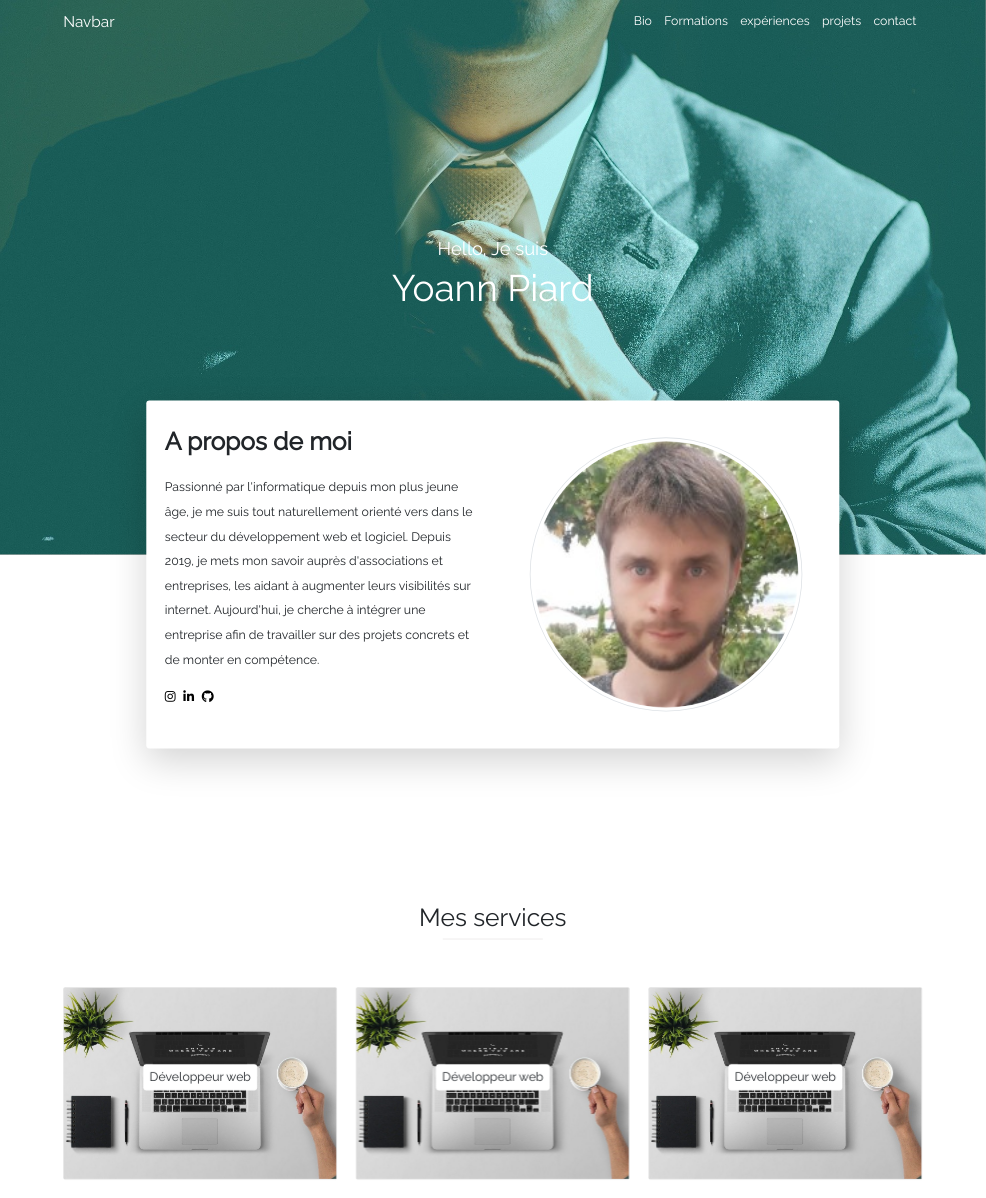
Repository: ypiard85/port-folio-bootstrap-yoann-2021
Page: index.html
The author's editor kept a copy of each file at every save. The page is drawn from the files as they stood at one save, then again after the next save.
The browser window is 1280 px wide. The pictures show the whole page, at 77% of full size.
The pointer rests on the first visible `.card__face--front`.

Above is the page before, as saved 2021-03-09 17:10:21.
Console error: TypeError: window.onload is not a function

### index.html
<!DOCTYPE html>
<html lang="en">
  <head>
    <meta charset="UTF-8" />
    <meta http-equiv="X-UA-Compatible" content="IE=edge" />
    <meta name="viewport" content="width=device-width, initial-scale=1.0" />
    <link rel="stylesheet" href="https://use.fontawesome.com/releases/v5.15.2/css/all.css" integrity="sha384-vSIIfh2YWi9wW0r9iZe7RJPrKwp6bG+s9QZMoITbCckVJqGCCRhc+ccxNcdpHuYu" crossorigin="anonymous">    <!-- CSS only -->
    <link rel="stylesheet" href="./resource/style.css" />
    <link
      href="https://cdn.jsdelivr.net/npm/bootstrap@5.0.0-beta2/dist/css/bootstrap.min.css"
      rel="stylesheet"
      integrity="sha384-BmbxuPwQa2lc/FVzBcNJ7UAyJxM6wuqIj61tLrc4wSX0szH/Ev+nYRRuWlolflfl"
      crossorigin="anonymous"
    />
    <title>Document</title>
  </head>
  <body>
    <nav class="navbar position-fixed w-100 navbar-expand-lg navbar-light">
      <div class="container">
        <a class="navbar-brand" href="#">Navbar</a>
        <button
          class="navbar-toggler"
          type="button"
          data-bs-toggle="collapse"
          data-bs-target="#navbarNav"
          aria-controls="navbarNav"
          aria-expanded="false"
          aria-label="Toggle navigation"
        >
          <span class="navbar-toggler-icon"></span>
        </button>
        <div class="collapse navbar-collapse" id="navbarNav">
          <ul class="navbar-nav">
            <li class="nav-item">
              <a class="nav-link active" aria-current="page" href="#bio">Bio</a>
            </li>
            <li class="nav-item">
              <a class="nav-link" href="#formation">Formations</a>
            </li>
            <li class="nav-item">
              <a class="nav-link" href="#experience">expériences</a>
            </li>
            <li class="nav-item">
              <a class="nav-link" href="#projet">projets</a>
            </li>
            <li class="nav-item">
              <a class="nav-link" href="#contact">contact</a>
            </li>
          </ul>
        </div>
      </div>
    </nav>

    <header
      class="container-fluid flex-column
          d-flex align-items-center justify-content-center"
    >
      <h4>Hello, Je suis</h4>
      <h1>Yoann Piard</h1>
    </header>

    <section class="about_me in container">
      <div class="about_card rounded shadow-lg">
        <div class="container">
          <div class="row">
            <div class="col-md-6  col-sm-12 p-3 p-sm-4 align-self-center">
              <h2 class="mb-4" >A propos de moi</h2>
              <p>
                Passionné par l'informatique depuis mon plus jeune âge, je me
                suis tout naturellement orienté vers dans le secteur du
                développement web et logiciel. Depuis 2019, je mets mon savoir
                auprès d'associations et entreprises, les aidant à augmenter
                leurs visibilités sur internet. Aujourd'hui, je cherche à
                intégrer une entreprise afin de travailler sur des projets
                concrets et de monter en compétence.
              </p>
              <ul class="d-flex">
                  <li><a href=""><i class="fab fa-instagram"></i></a></li>
                  <li><a href=""><i class="fab fa-linkedin-in"></i></a></li>
                  <li><a href=""><i class="fab fa-github"></i></a></li>
              </ul>
            </div>
            <div class="col-md-6 col-sm-12 p-3 p-sm-5 d-none d-md-block">
              <img class="img-fluid img-thumbnail" src="./resource/image/yoann_piard.png" alt="" />
            </div>
          </div>
        </div>
      </div>
    </section>

    <section class="my_work">
        <div class="container">
            <h2 class="ttile_section text-center mb-5">Mes services</h2>
            <div class="row pt-4 pb-4">
                <div class="col-md-4">
                    <div class="scene">
                        <div class="card">
                          <div class="card__face card__face--front" style="background-image: url('./resource/services/laptop-1209008_1280.jpg');">
                            <p class="rounded">Développeur web</p>
                        </div>
                          <div class="card__face card__face--back"></div>
                        </div>
                      </div>
                </div>
                <div class="col-md-4">
                    <div class="scene">
                        <div class="card">
                          <div class="card__face card__face--front" style="background-image: url('./resource/services/laptop-1209008_1280.jpg');">
                            <p class="rounded">Développeur web</p>
                        </div>
                          <div class="card__face card__face--back"></div>
                        </div>
                      </div>
                </div>
                <div class="col-md-4">
                    <div class="scene">
                        <div class="card">
                          <div class="card__face card__face--front" style="background-image: url('./resource/services/laptop-1209008_1280.jpg');">
                            <p class="rounded">Développeur web</p>
                        </div>
                          <div class="card__face card__face--back"></div>
                        </div>
                      </div>
                </div>
            </div>
        </div>
    </section>

    <!-- JavaScript Bundle with Popper -->
    <script
      src="https://cdn.jsdelivr.net/npm/bootstrap@5.0.0-beta2/dist/js/bootstrap.bundle.min.js"
      integrity="sha384-b5kHyXgcpbZJO/tY9Ul7kGkf1S0CWuKcCD38l8YkeH8z8QjE0GmW1gYU5S9FOnJ0"
      crossorigin="anonymous"
    ></script>
    <script src="https://unpkg.com/scrollreveal"></script>
    <script src="./resource/scrollreveal.js"></script>
    <script src="./resource/app.js"></script>
    <script>window.onload(scrollEffect()) </script>
  </body>
</html>

### resource/style.css
@import url('https://fonts.googleapis.com/css2?family=Raleway&display=swap');

*{
    transition: 0.3s;
}

body{
    font-family: 'Raleway', sans-serif!important;
}


.navbar-collapse{
    flex-grow: 0!important;
}

nav a{
    color: white!important;
}

header{
    height: 100vh;
    background: gray;
    background-image: linear-gradient(90deg, rgba(0,231,249,0.2780462526807598) 100%, rgba(0,4,24,0.4405112386751575) 74%), url('./image/about-section.jpg');
    background-repeat: no-repeat;
    background-size: cover;
    background-position: top center;
    color: white;
}

header h1{
    font-weight: normal;
    font-size: 3em;
}

.about_card{
    margin: auto;
    width: 900px;
    max-width: 100%;
    background-color: white;
}

.about_card a{
    font-family: Arial!important;
}

.about_me h2{
    font-weight: bold;
}

.about_card img{
    width: 100%;
    border-radius: 50%;
}

.about_card ul{
    list-style: none;
    padding: 0;
}

.about_card i{
    font-size: 1em;
    color: black;
}

.about_card{
    line-height: 2em;
}

.about_card li{
    margin-right: 10px;
}

.in{
    transform: translateY(-200px);
}

.ttile_section{
    position: relative;
}

.ttile_section::after{
    content: '';
    position: absolute;
    width: 130px;
    height: 1px;
    background-color: rgb(233, 231, 231);
    bottom: -10px;
    left:0;
    right: 0;
    margin: auto;
}


.scene {
    width: 100%;
    height: 250px;
    perspective: 600px;
}

.card {
    width: 100%;
    height: 100%;
    position: relative;
    transition: transform 1s;
    transform-style: preserve-3d;
}

.card__face {
    position: absolute;
    backface-visibility: hidden;
  }

  .card__face--front {
    background-position: center;
    background-size: cover;
    width: 100%;
    height: 100%;
    display: flex;
    justify-content: center;
    align-items: center;
  }

  .card__face--front p{
    background-color:white;
    padding: 5px 8px;
  }

  .card__face--back {
    transform: rotateX( 180deg );
  }

  .card.is-flipped {
    transform: rotateX(180deg);
  }

  .flipped-p{
      transform: translateY(-80px) ;
      transition: transform 1s;
      transform-style: preserve-3d;
  }

  .card__face--front:hover .card__face--front p{
    transform: translateY(-80px) ;
    transition: transform 1s;
    transform-style: preserve-3d;
  }

### resource/scrollreveal.js
function scrollEffect(){


    ScrollReveal().reveal('.about_me', {
        delay: 150,
        duration: 1000,
        reset: true,
        origin: 'bottom',
        distance: '30%'
    });

}

### resource/app.js
document.querySelectorAll('.card').forEach(e => {

    e.addEventListener( 'mouseenter', function() {
            e.classList.add('is-flipped');

        });

        e.addEventListener( 'mouseleave', function() {
            e.classList.remove('is-flipped');
            r.classList.remove('flipped-p');

    })



});

After the next save:
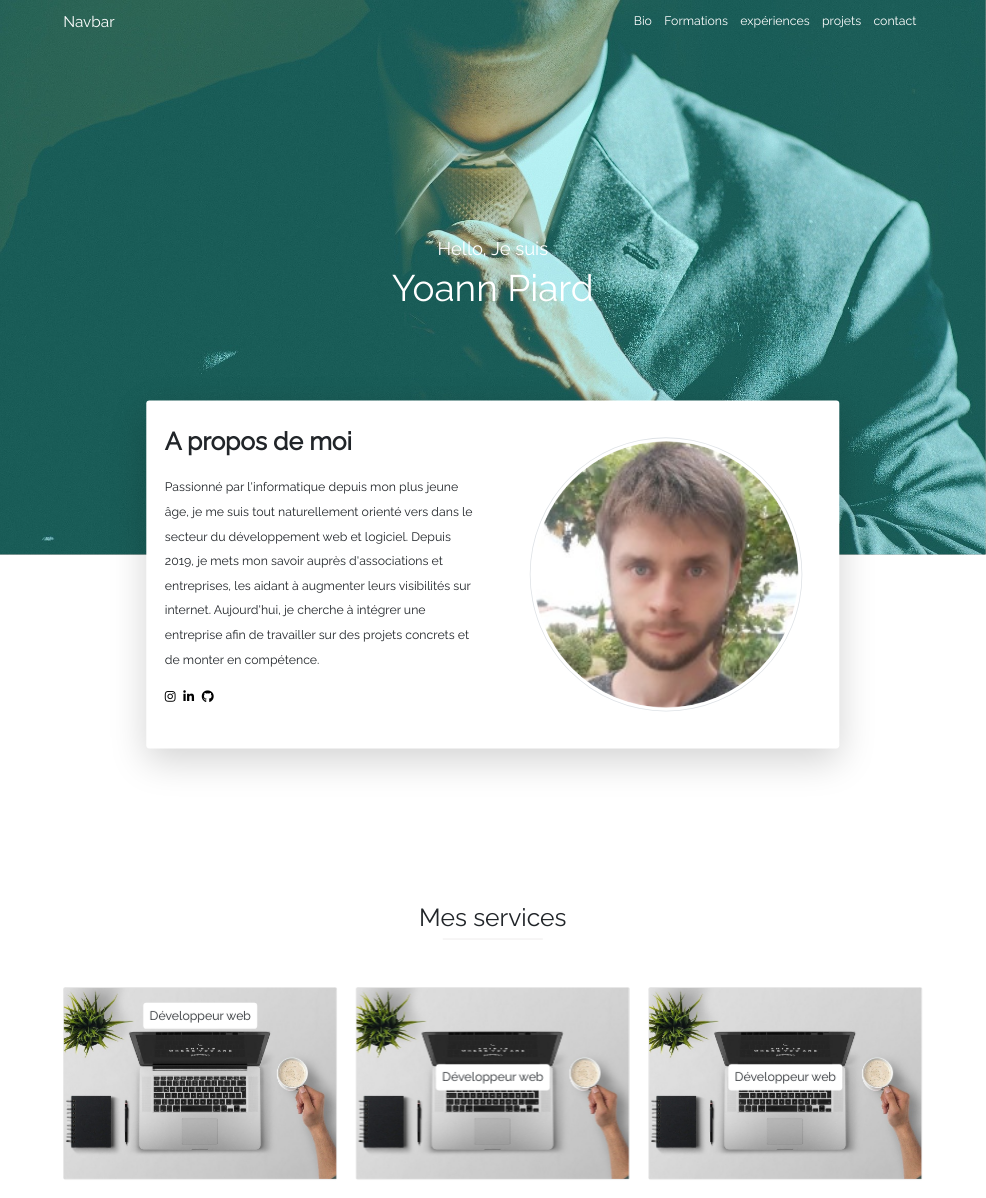
Saved 15 s later.
--- a/resource/style.css
+++ b/resource/style.css
@@ -139,7 +139,7 @@ header h1{
       transform-style: preserve-3d;
   }
 
-  .card__face--front:hover .card__face--front p{
+  .card__face--front:hover p{
     transform: translateY(-80px) ;
     transition: transform 1s;
     transform-style: preserve-3d;
